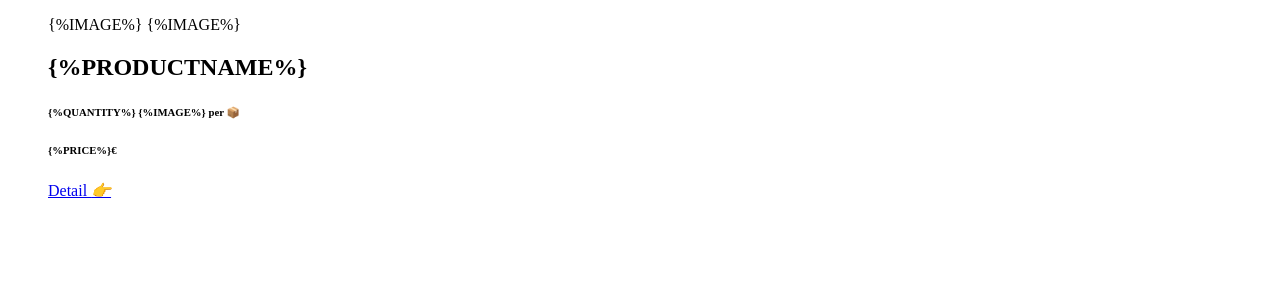
Repository: Lithium87/JavaScriptExcercises
Page: node-farm/templates1/card.html
An editor plug-in stored every save of this project. The page is shown before and after the next save, followed by the edit.
The browser window is 1280 px wide. The pictures show the whole page.

Above is the page before, as saved 2020-05-23 20:12:56.

### node-farm/templates1/card.html
<figure class="card">
    <div class="card__emoji">{%IMAGE%} {%IMAGE%}</div>
    <div class="card__title-box">
        <h2 class="card__title">{%PRODUCTNAME%}</h2>
    </div>

    <div class="card__details">
        <div class="card__detail-box {%NOT-ORGANIC%}">
            <h6 class="card__detail">{%QUANTITY%} {%IMAGE%} per 📦</h6>
        </div>

        <div class="card__detail-box">
            <h6 class="card__detail card__detail--price">{%PRICE%}€</h6>
        </div>
    </div>

    <a class="card__link" href="/product?id={%ID%}">
        <span>Detail <i class="emoji-right">👉</i></span>
    </a>
</figure>

After the next save:
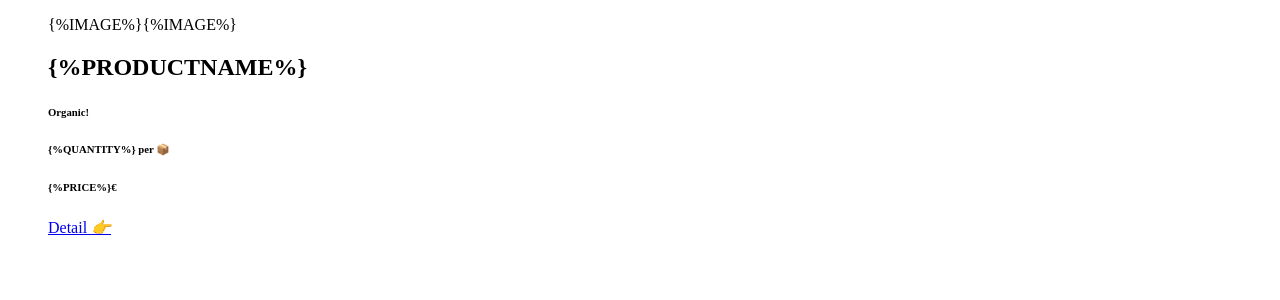
Saved 3 min 12 s later.
--- a/node-farm/templates1/card.html
+++ b/node-farm/templates1/card.html
@@ -1,12 +1,16 @@
 <figure class="card">
-    <div class="card__emoji">{%IMAGE%} {%IMAGE%}</div>
+    <div class="card__emoji">{%IMAGE%}{%IMAGE%}</div>
     <div class="card__title-box">
         <h2 class="card__title">{%PRODUCTNAME%}</h2>
     </div>
 
     <div class="card__details">
-        <div class="card__detail-box {%NOT-ORGANIC%}">
-            <h6 class="card__detail">{%QUANTITY%} {%IMAGE%} per 📦</h6>
+        <div class="card__detail-box {%NOT_ORGANIC%}">
+            <h6 class="card__detail card__detail--organic">Organic!</h6>
+        </div>
+
+        <div class="card__detail-box">
+            <h6 class="card__detail">{%QUANTITY%} per 📦</h6>
         </div>
 
         <div class="card__detail-box">
